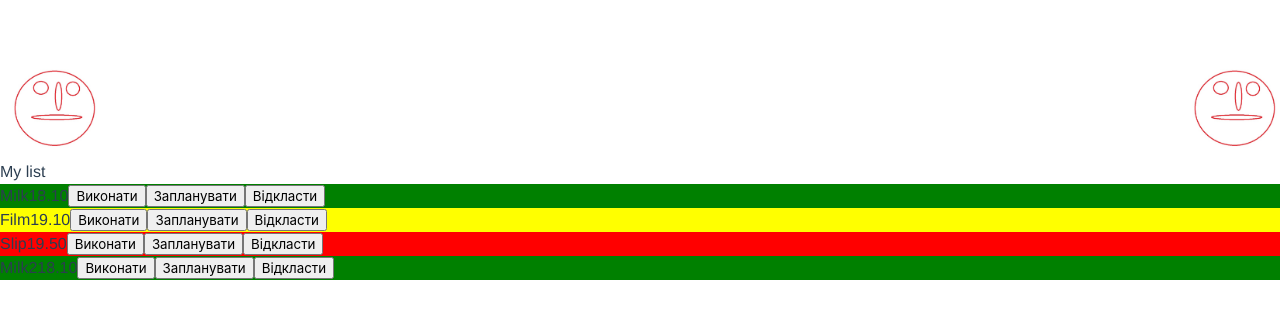
Repository: Olegche/sushi
Page: /
An editor plug-in stored every save of this project. The page is shown before and after the next save, followed by the edit.
The browser window is 1280 px wide. The pictures show the whole page.
The project was rebuilt for these pictures with package versions that can differ from the ones it lists, and the page was loaded fresh each time.

Above is the page before, as saved 2020-10-12 10:13:32.

After the next save:
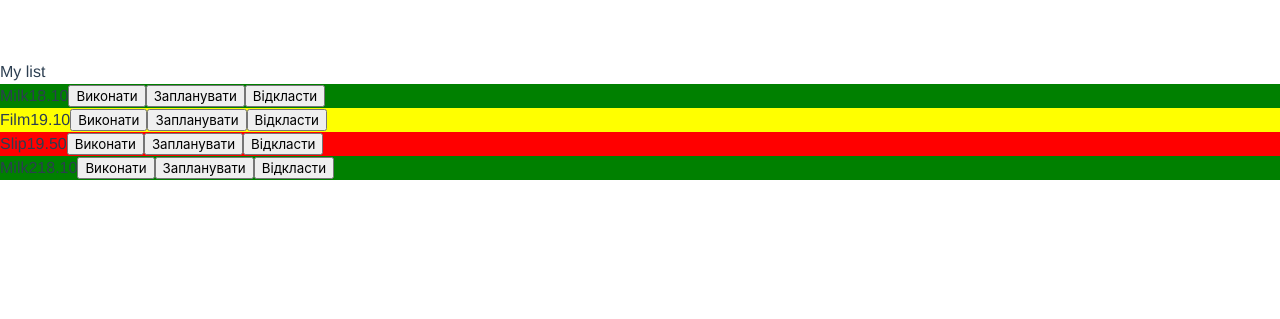
Saved 7 h 43 min later.
--- a/src/components/TodoList/index.vue
+++ b/src/components/TodoList/index.vue
@@ -1,13 +1,6 @@
 <template>
     <div>
-        <div class="img-container">
-            <div class="img-1">
-<img :src="imm" class="img">
-</div>
-            <div class="img-2">
-<img :src="require(`@/assets/images/${data[0].img}`)" alt=""  class="img">
-</div>
-</div>
+
         <div>{{title}}</div>
         <div>
             <todo-item v-for="taskItem in tasksList" :key="taskItem.id"
@@ -40,10 +33,7 @@ import TodoItem from "./TodoItem";
                 type:String,
                 default:'no title'
             },
-            imm:{
-                type:String,
-                default:require('@/assets/images/smile.jpg')
-            }
+
         },
 
         data() {
